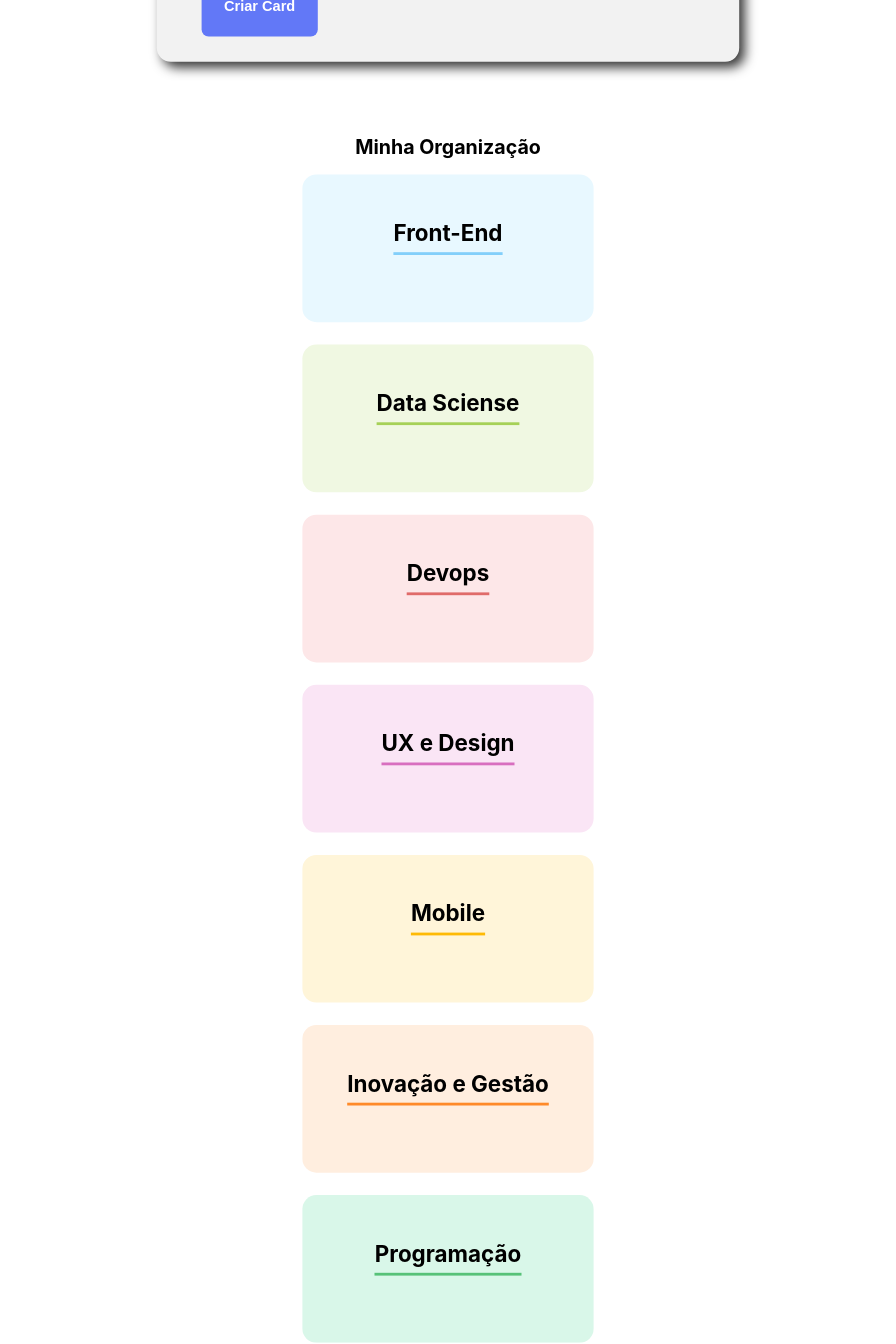
Repository: guilhermecardoso93/organo
Page: /
The author's editor kept a copy of each file at every save. The page is drawn from the files as they stood at one save, then again after the next save.
The browser window is 1280 px wide. The pictures show the part of the page from y = 1315 to 3235 px (the page is 3314 px tall before and 3069 px after), at 70% of full size.
The project was rebuilt for these pictures with package versions that can differ from the ones it lists, and the page was loaded fresh each time. Also part of the build but not shown: src/components/Times/components/Card/styles.css, src/components/Times/components/Card/index.js.

Above is the page before, as saved 2024-05-27 19:29:13.

After the next save:
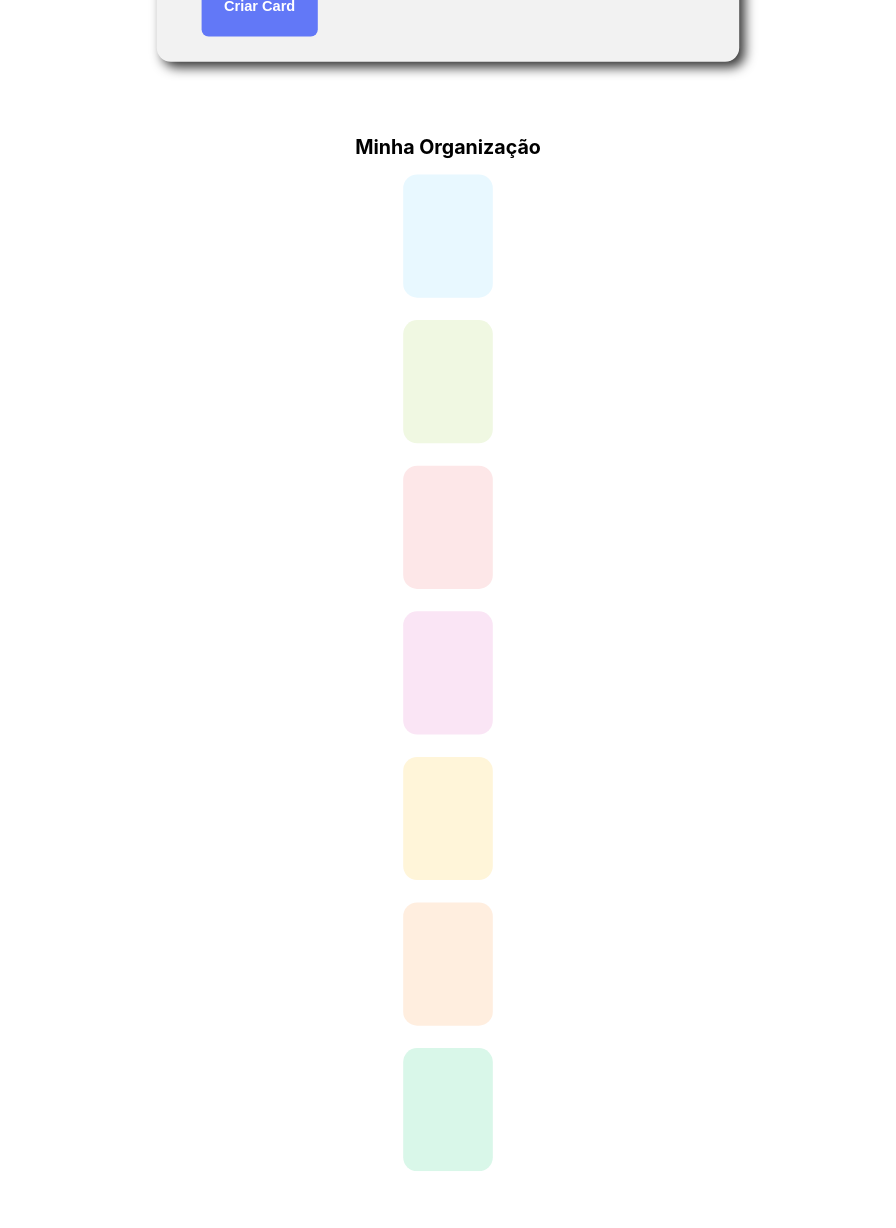
Saved 4 min 39 s later.
--- a/src/App.js
+++ b/src/App.js
@@ -8,52 +8,52 @@ export default function App(handleChangeColaboradores) {
   const [colaboradores, setColaboradores] = useState([]);
   const times = [
     {
-      name: "Front-End",
+      nome: "Front-End",
       corPrimaria: "#82CFFA",
       corSecundaria: "#E8F8FF",
     },
     {
-      name: "Data Sciense",
+      nome: "Data Sciense",
       corPrimaria: "#A6D157",
       corSecundaria: "#F0F8E2",
     },
     {
-      name: "Devops",
+      nome: "Devops",
       corPrimaria: "#E06B69",
       corSecundaria: "#FDE7E8",
     },
     {
-      name: "UX e Design",
+      nome: "UX e Design",
       corPrimaria: "#D86EBF",
       corSecundaria: "#FAE5F5",
     },
     {
-      name: "Mobile",
+      nome: "Mobile",
       corPrimaria: "#FEBA05",
       corSecundaria: "#FFF5D9",
     },
     {
-      name: "Inovação e Gestão",
+      nome: "Inovação e Gestão",
       corPrimaria: "#FF8A29",
       corSecundaria: "#FFEEDF",
     },
     {
-      name: "Programação",
+      nome: "Programação",
       corPrimaria: "#57C278",
       corSecundaria: "#D9F7E9",
     },
   ];
 
   function handleNewColaboradores(colaborador) {
-    console.log(colaborador)
-    setColaboradores([...colaboradores, colaborador])
+    console.log(colaborador);
+    setColaboradores([...colaboradores, colaborador]);
   }
 
   return (
     <div className="app">
       <Banner />
       <Form
-        times={times.map((time) => time.name)}
+        times={times.map((time) => time.nome)}
         handleChangeColaboradores={(colaborador) =>
           handleNewColaboradores(colaborador)
         }
@@ -61,14 +61,14 @@ export default function App(handleChangeColaboradores) {
       <div className="times-container-main">
         <h2>Minha Organização</h2>
         <div className="times-container-list">
-          {times.map((time, index) => (
+          {times.map((time) => (
             <Time
-              name={time.name}
-              key={index}
+              key={time.nome}
+              nome={time.nome}
               corPrimaria={time.corPrimaria}
               corSecundaria={time.corSecundaria}
               colaboradores={colaboradores.filter(
-                (colaborador) => colaborador.time === time.name
+                (colaborador) => colaborador.time === time.nome
               )}
             />
           ))}

After the save that followed:
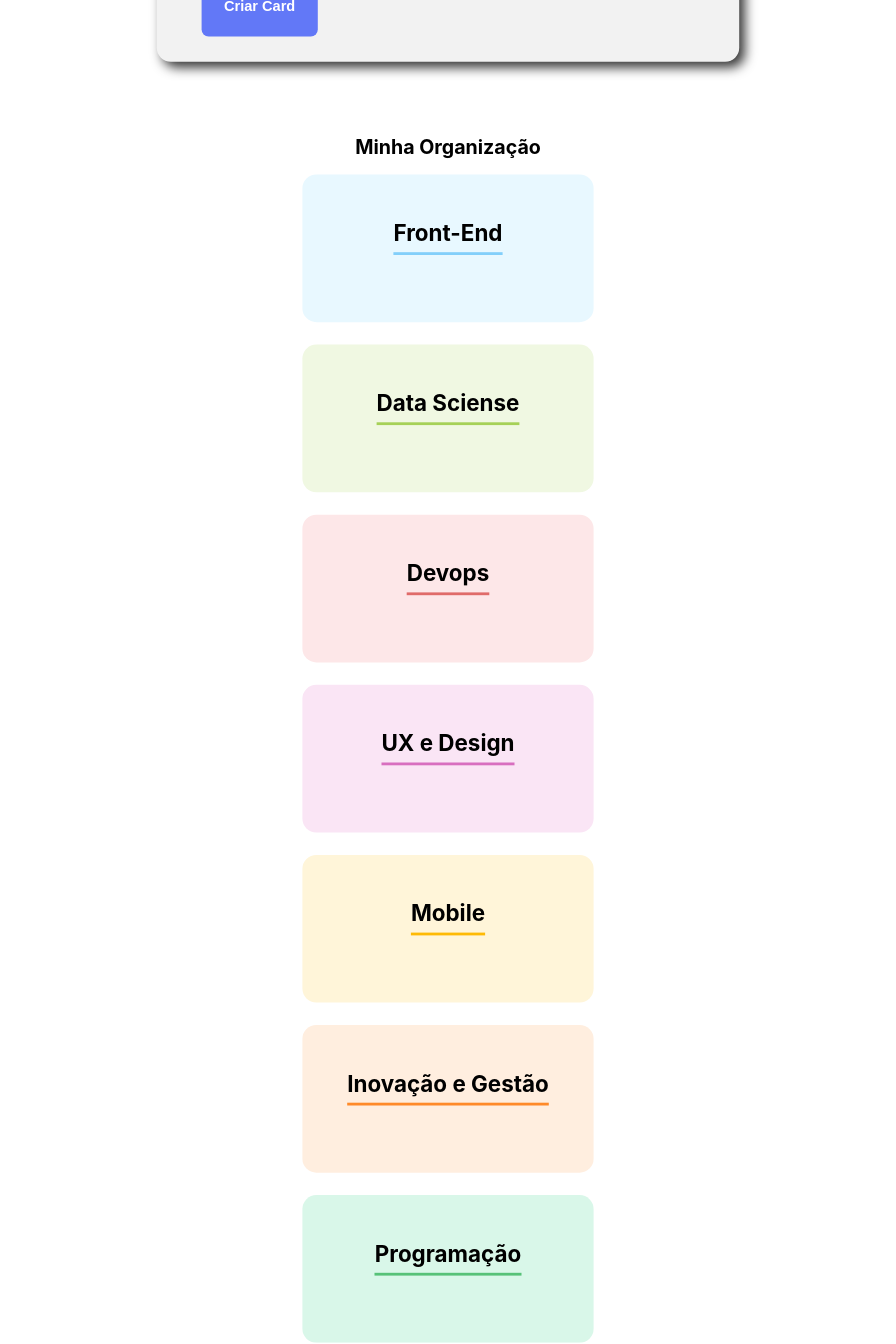
Saved 30 s later.
--- a/src/components/Times/components/Time/index.js
+++ b/src/components/Times/components/Time/index.js
@@ -7,11 +7,11 @@ export function Time(props) {
       className="time-container"
       style={{ backgroundColor: props.corSecundaria }}
     >
-      <h3 style={{ borderColor: props.corPrimaria }}>{props.name}</h3>
+      <h3 style={{ borderColor: props.corPrimaria }}>{props.nome}</h3>
       <div className="colaboradores">
         {props.colaboradores.map((colaborador) => (
           <Card
-            name={colaborador.name}
+            nome={colaborador.nome}
             cargo={colaborador.cargo}
             imagem={colaborador.imagem}
           />
